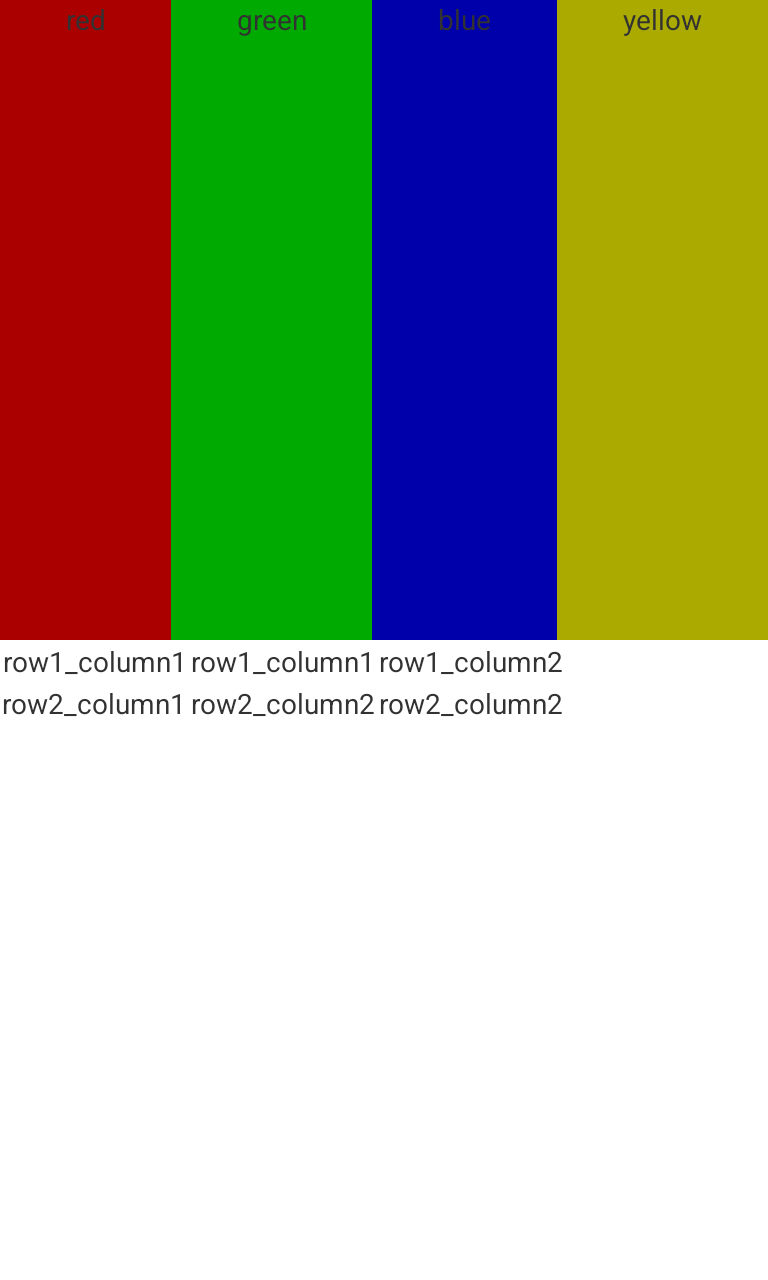
Repository: HouJun11220033/Android
Layout: Layout_04/res/layout/second.xml
The author's editor kept a copy of each file at every save. The layout is drawn from the files as they stood at one save, then again after the next save.
It is drawn on a 768 x 1280 px phone screen (xhdpi) without system bars, with theme AppTheme; the app's code is not run.

Above is the layout before, as saved 2016-09-15 16:10:07.

After the next save:
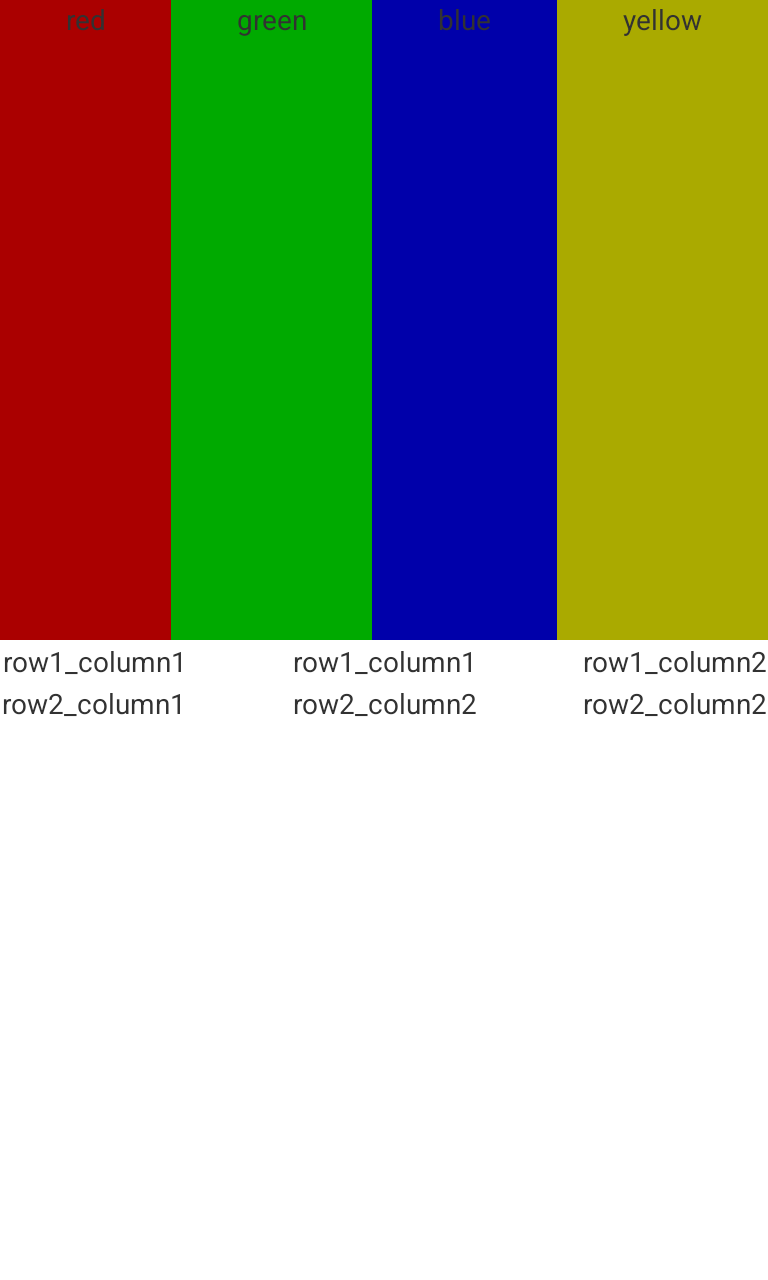
Saved 3 min 37 s later.
--- a/Layout_04/res/layout/second.xml
+++ b/Layout_04/res/layout/second.xml
@@ -52,7 +52,7 @@
         <TableLayout
             android:layout_width="fill_parent"
             android:layout_height="fill_parent"
-            android:stretchColumns="4" >
+            android:stretchColumns="1" >
 
             <TableRow>
 
